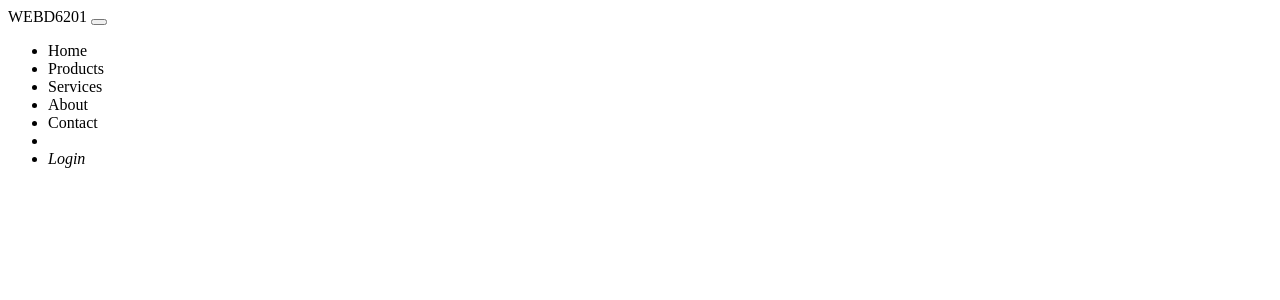
Repository: tbazouzi-durham/tbazouzi-durham.github.io
Page: Views/components/header.html
An editor plug-in stored every save of this project. The page is shown before and after the next save, followed by the edit.
The browser window is 1280 px wide. The pictures show the whole page.

Above is the page before, as saved 2022-03-23 18:02:38.

### Views/components/header.html
<nav class="navbar navbar-expand-lg navbar-dark bg-dark">
  <div class="container-fluid">
    <a class="navbar-brand" data="/"><i class="fas fa-spider"></i> WEBD6201</a>
    <button class="navbar-toggler" type="button" data-bs-toggle="collapse" data-bs-target="#navbarSupportedContent"
      aria-controls="navbarSupportedContent" aria-expanded="false" aria-label="Toggle navigation">
      <span class="navbar-toggler-icon"></span>
    </button>
    <div class="collapse navbar-collapse" id="navbarSupportedContent">
      <ul class="navbar-nav ms-auto mb-2 mb-lg-0">
        <li class="nav-item">
          <a class="nav-link" data="home"><i class="fas fa-home"></i> Home</a>
        </li>
        <li class="nav-item">
          <a class="nav-link" data="products"><i class="fas fa-project-diagram"></i> Products</a>
        </li>
        <li class="nav-item">
          <a class="nav-link" data="services"><i class="fas fa-map-signs"></i> Services</a>
        </li>
        <li class="nav-item">
          <a class="nav-link" data="about"><i class="fas fa-info"></i> About</a>
        </li>
        <li class="nav-item">
          <a class="nav-link" data="contact"><i class="fas fa-envelope"></i> Contact</a>
        </li>
        <li class="nav-item">
          <a class="nav-link" data="task-list"><i class="fab fa-swap-opacity .fad" Task-List</a>
        </li>
        <li class="nav-item" id="login">
          <a class="nav-link" data="login"><i class="fas fa-sign-in-alt"></i> Login</a>
        </li>
      </ul>
    </div>
  </div>
</nav>

After the next save:
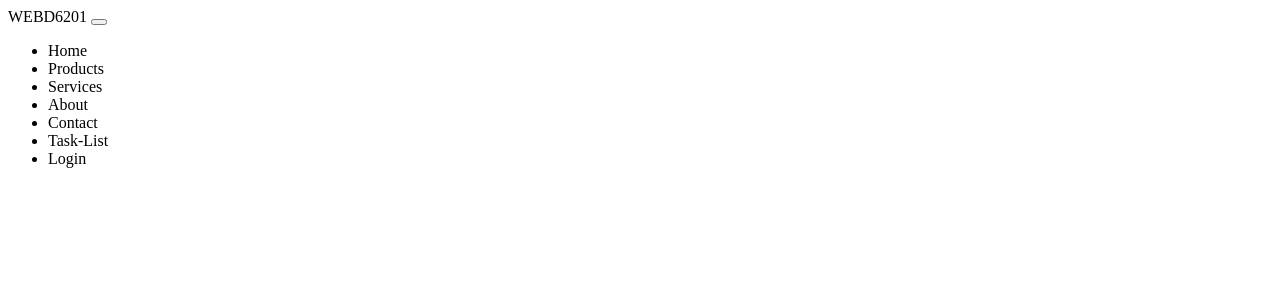
Saved 13 s later.
--- a/Views/components/header.html
+++ b/Views/components/header.html
@@ -23,7 +23,7 @@
           <a class="nav-link" data="contact"><i class="fas fa-envelope"></i> Contact</a>
         </li>
         <li class="nav-item">
-          <a class="nav-link" data="task-list"><i class="fab fa-swap-opacity .fad" Task-List</a>
+          <a class="nav-link" data="task-list"><i class="fab fa-swap-opacity .fad"></i> Task-List</a>
         </li>
         <li class="nav-item" id="login">
           <a class="nav-link" data="login"><i class="fas fa-sign-in-alt"></i> Login</a>
